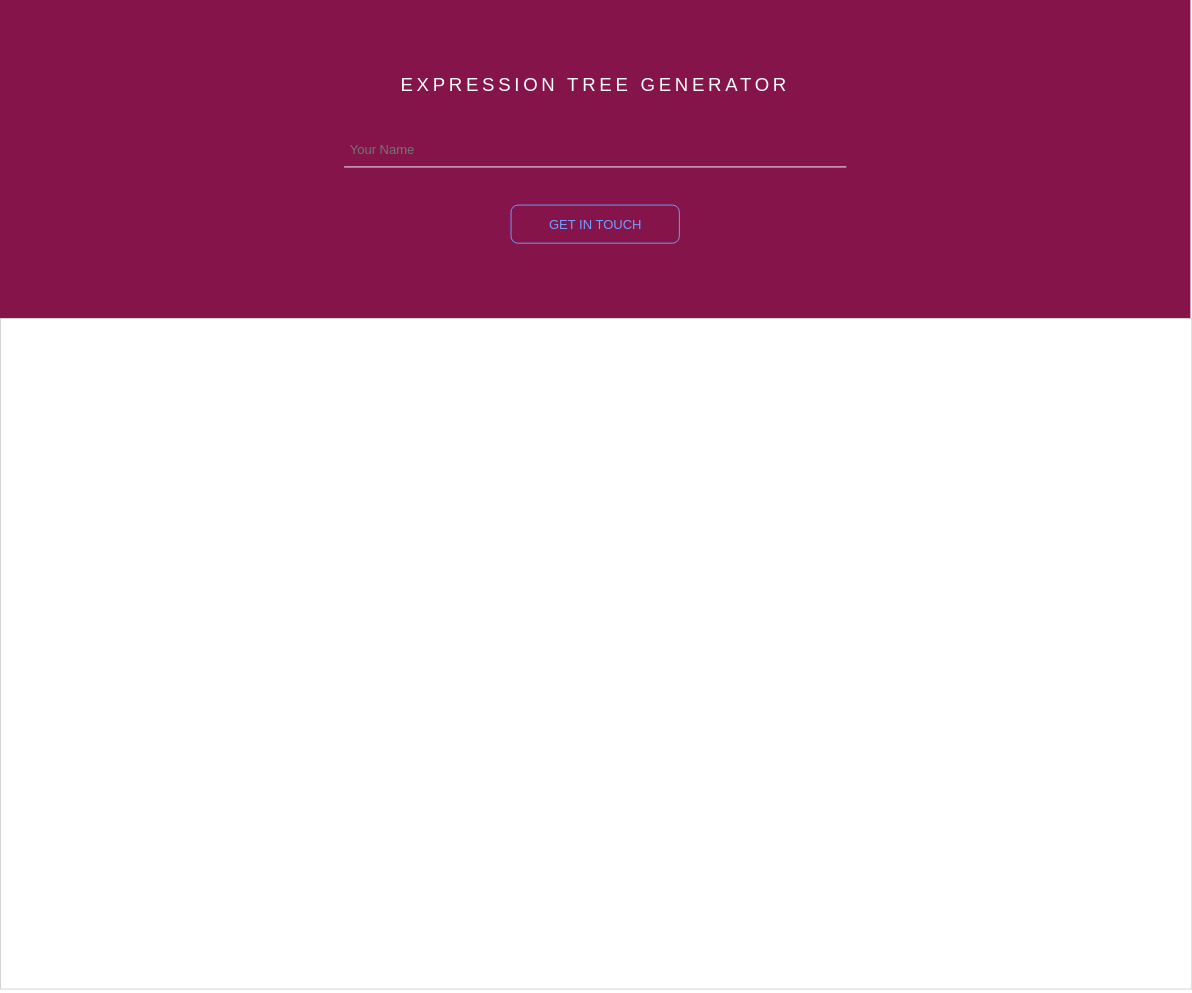
Repository: lnogueir/expression-tree-gen
Page: index.html
An editor plug-in stored every save of this project. The page is shown before and after the next save, followed by the edit.
The browser window is 1280 px wide. The page is 1282 px wide, so the pictures cover 1282 px, including what lies to the right of the window. The pictures show the whole page, at 93% of full size.

Above is the page before, as saved 2020-03-15 18:50:18.

### index.html
<!DOCTYPE html>
<html lang="en">

<head>
    <meta charset="UTF-8">
    <meta name="viewport" content="width=device-width, initial-scale=1.0">
    <title>Canvas</title>
    <link rel="stylesheet" href="app.css">
</head>

<body>

    <div class="contact-section">
        <div class="inner-width">
          <h1>Expression Tree Generator</h1>
          <input type="text" class="name" id = 'expression-input' placeholder="Your Name">
          <button id="generate-tree">Get in touch</button>
        </div>
      </div>

    <div id="canvas-container">
        <canvas></canvas>
    </div>
</body>
<script src="https://ajax.googleapis.com/ajax/libs/jquery/3.4.1/jquery.min.js"></script>
<script src="https://cdnjs.cloudflare.com/ajax/libs/mathjs/6.6.1/math.min.js"></script>
<script src="tree.js"></script>
<script src="infixToPostfix.js"></script>
<script src="canvas.js"></script>

</html>

### app.css
*{
    margin: 0;
    padding: 0;
    box-sizing: border-box;
    font-family: "montserrat",sans-serif;
  }
  .contact-section{
    background: #85144b;
    padding: 80px 0;
    text-align: center;
  }

  .inner-width{
    max-width: 600px;
    margin: auto;
    padding: 0 20px;
  }

  .contact-section h1{
    font-size: 20px;
    color: #FFF;
    margin-bottom: 40px;
    text-transform: uppercase;
    letter-spacing: 4px;
    font-weight: 400;
  }

  .name,.email,.message{
    background: none;
    border:none;
    outline: none;
    border-bottom: 1px solid;
    color: #FFF;
    padding: 10px 6px;
    font-size: 14px;
    margin-bottom: 40px;
  }

  .name{
    float: center;
    width: 540px;
  }


  .contact-section button{
      outline: none;
    background: none;
    color: #70a1ff;
    border: 1px solid #70a1ff;
    padding: 12px 40px;
    border-radius: 8px;
    text-transform: uppercase;
    font-size: 14px;
    transition: 0.4s linear;
    cursor: pointer;
  }

  .contact-section button:hover{
    background: #70a1ff;
    color: #fff;
  }


  @media screen and (max-width:600px){
    .name,.email{
      width: 100%;
    }
  }

#canvas-container{
    height: 100vh;
    width: 100%;
}

canvas{
    border: 1px solid lightgray;
}

### tree.js
function Node(value) {
    const radius = 32.5
    this.value = value;
    this.x = null;
    this.y = null;
    this.right = null;
    this.left = null;

    this.isLeaf = () => this.right == null && this.left == null;

    this.drawEdge = function (context, x, y, left_way) {
        context.strokeStyle = 'gray';
        context.beginPath()
        const x_y_ratio = Math.abs(this.y - y) / Math.abs(this.x - x)
        const w = radius * Math.sqrt(1 / (1 + Math.pow(x_y_ratio, 2)))
        const d = x_y_ratio * w
        if (left_way) {
            context.moveTo(this.x - w, this.y + d)
            context.lineTo(x + w, y - d)
        } else {
            context.moveTo(this.x + w, this.y + d)
            context.lineTo(x - w, y - d)
        }

        context.stroke()
    }

    this.draw = function (context) {
        context.beginPath()
        context.arc(this.x, this.y, radius, 0, Math.PI * 2, false)
        context.fillStyle = 'rgba(255, 255, 255, 0.5)'
        context.fill()
        context.strokeStyle = 'black'
        context.stroke()
        context.font = '25px Times New Roman'
        context.textAlign = 'center'
        context.textBaseline = 'middle'
        context.fillStyle = "black";
        context.fillText(this.value, this.x, this.y);
    }
}

function constructTree(postfix) {
    const OPERATORS = ['*', '/', '-', '+']
    var stack = []
    var root = null;
    var current;
    var shift = false;
    for (var i = postfix.length - 1; i >= 0; i--) {
        if (null === root) {
            current = new Node(postfix[i]);
            root = current;
        } else {
            if (shift) {
                current.left = new Node(postfix[i])
                current = current.left
                shift = false
            } else {
                current.right = new Node(postfix[i])
                current = current.right
            }
        }
        if (OPERATORS.includes(postfix[i])) {
            stack.push(current);
        } else {
            current = stack.pop();
            shift = true
        }
    }
    return root;
}

function getSize(root) {
    var size = 0
    function countSize(root) {
        if (null != root) {
            size++;
            countSize(root.left)
            countSize(root.right)
        }
    }
    countSize(root);
    return size;
}

function print_coords(root) {
    if (null != root) {
        print_coords(root.left)
        console.log(root.value, root.x, root.y)
        print_coords(root.right)
    }
}

function setCoordinates(root) {
    var i = 0
    const OFFSET = 50
    const size = getSize(root)
    const canvas_mid_point = window.innerWidth / 2;
    function setCoordinates(subt, depth) {
        if (null != subt) {
            setCoordinates(subt.left, depth + 1)
            subt.x = canvas_mid_point + (OFFSET * (i - size / 2))
            subt.y = OFFSET + (depth * 1.5 * OFFSET)
            i++
            setCoordinates(subt.right, depth + 1)
        }
    }
    setCoordinates(root, 0)
}

function drawTree(root, context) {
    if (null != root) {
        root.draw(context)
        if (null != root.left) {
            root.drawEdge(context, root.left.x, root.left.y, true);
        }
        drawTree(root.left, context)
        if (null != root.right) {
            root.drawEdge(context, root.right.x, root.right.y, false)
        }
        drawTree(root.right, context)
    }
}

### infixToPostfix.js
function isBracketed(expr) {
  var stack = []
  for (var i = 0; i < expr.length; i++) {
    if ('(' === expr[i]) {
      stack.push('(')
    } else if (')' === expr[i]) {
      stack.pop()
      if (stack.length === 0) {
        if (i !== expr.length - 1) {
          return false
        } else {
          return true
        }
      }
    }
  }
  return false;
}

function isValidExpression(expr) {
  if (expr.length < 3) {
    return false;
  }
  for (var i = 0; i < expr.length; i++) {
    if ('abcdefghijklmnopqrstuvwxyz*()/+-'.indexOf(expr[i]) === -1) {
      return false;
    }
  }
  try {
    while ("(" === expr[0] && ")" === expr[expr.length - 1]) {
      if (isBracketed(expr)) {
        expr = expr.substring(1, expr.length - 1);
      } else break;
    }
    var res = math.parse(expr);
    if ((typeof res.implicit === 'undefined') || res.fn.indexOf('unary') !== -1) {
      return false;
    }
    return true;
  }
  catch (ex) {
    return false;
  }
}

function infixToPostfix(expression) {
  if (!isValidExpression(expression)) {
    return null;
  }
  const prec = { "*": 3, "/": 3, "-": 2, "+": 2, "(": 1 }
  op_stack = []
  postfixList = []
  tokens = expression.split('')
  for (const token of tokens) {
    if ("abcdefghijklmnopqrstuvwxyz".indexOf(token) !== -1) {
      postfixList.push(token)
    } else if ("(" === token) {
      op_stack.push(token)
    } else if (")" === token) {
      var top_op_token = op_stack.pop()
      while (top_op_token !== '(') {
        postfixList.push(top_op_token)
        top_op_token = op_stack.pop()
      }
    } else {
      var peek_elem = op_stack.slice(-1)[0];
      while (op_stack.length > 0 && (prec[peek_elem] >= prec[token])) {
        postfixList.push(op_stack.pop())
        peek_elem = op_stack.slice(-1)[0];
      }
      op_stack.push(token)
    }
  }
  while (op_stack.length > 0) {
    postfixList.push(op_stack.pop())
  }
  return postfixList
}

### canvas.js
var canvas = document.querySelector('canvas')

canvas.height = document.getElementById('canvas-container').offsetHeight;
canvas.width = document.getElementById('canvas-container').offsetWidth;

var c = canvas.getContext('2d')

$('#generate-tree').click(() => {
    var expression = $('#expression-input').val()
    if (typeof expression !== 'undefined' && null != expression) {
        expression = expression.replace(/\s+/g, '')
        expression = expression.toLowerCase()
        var postfix = infixToPostfix(expression);
        if (null !== postfix) {
            var root = constructTree(postfix)
            setCoordinates(root)
            c.clearRect(0, 0, canvas.width, canvas.height);
            drawTree(root, c)
        } else {
            alert('Enter valid expression')
        }

    } else {
        alert('Enter valid expression')
    }
})

After the next save:
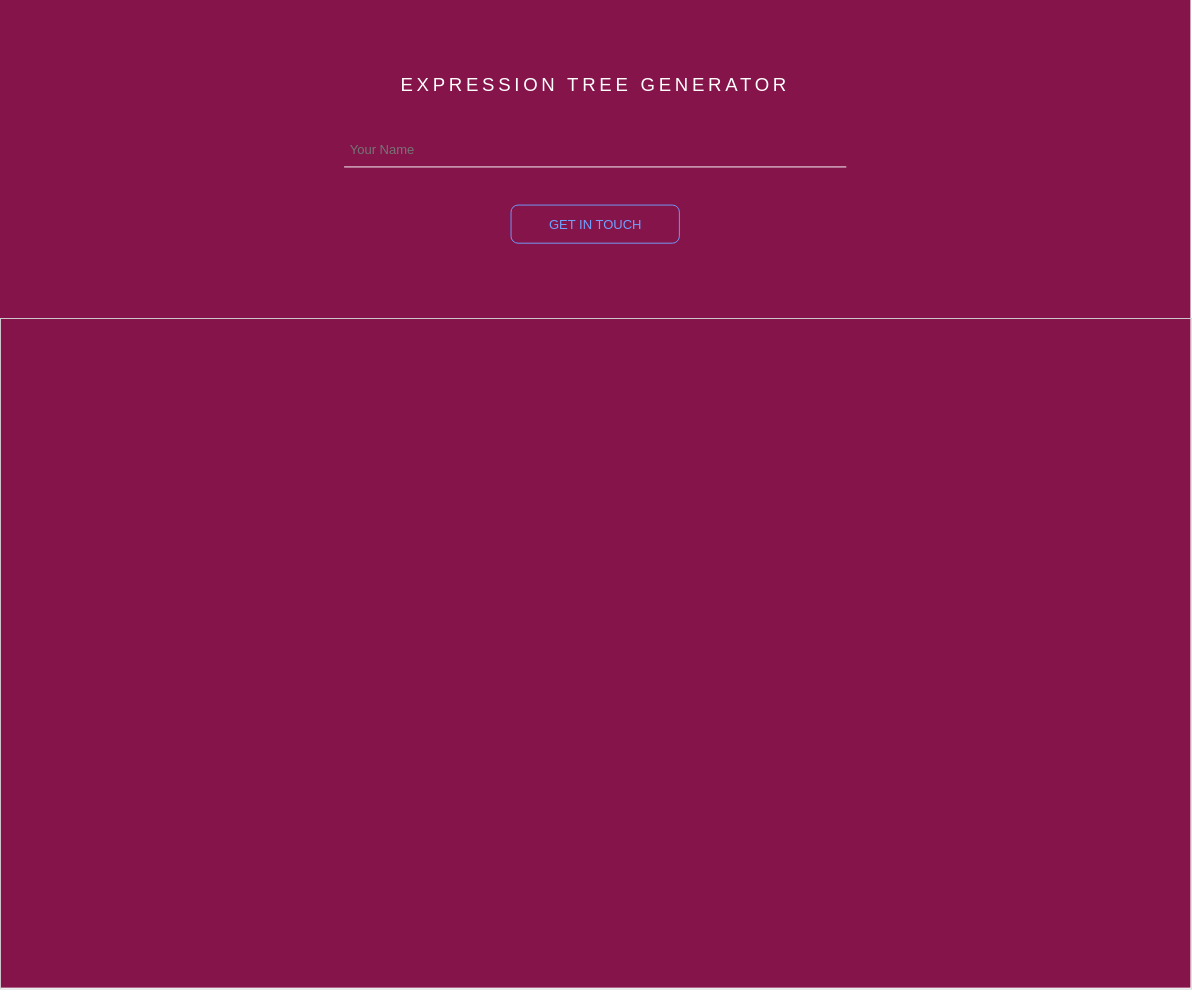
Saved 105 s later.
--- a/app.css
+++ b/app.css
@@ -70,6 +70,7 @@
 #canvas-container{
     height: 100vh;
     width: 100%;
+    background: #85144b;
 }
 
 canvas{
